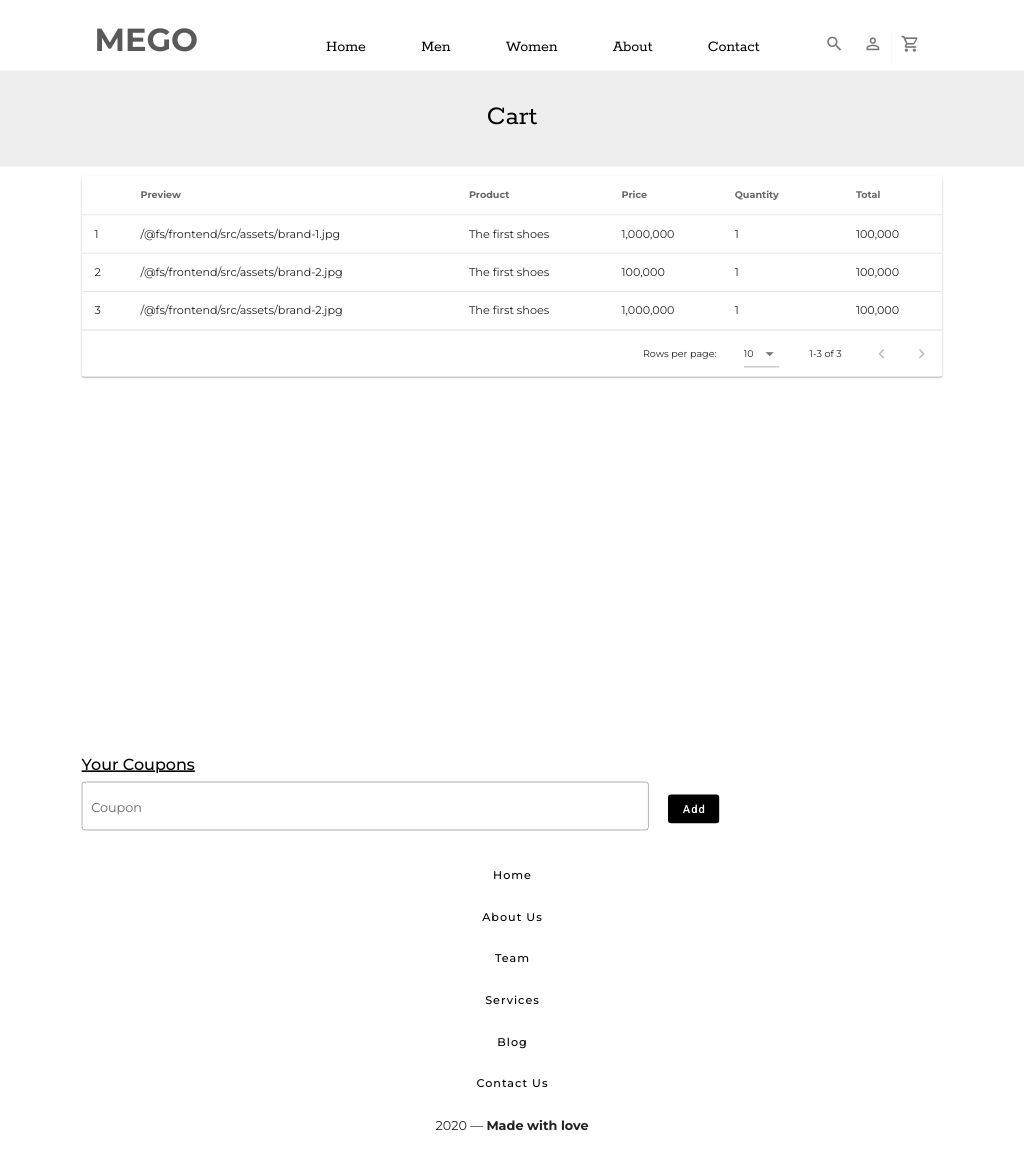
Repository: nguyenphuong152/shoesstore
Page: /cart (app in frontend/)
These files come from the project's save history. The page is drawn as it stood at one moment and after the next save; the edit follows.
The browser window is 1280 px wide. The pictures show the whole page, at 80% of full size.
The project was rebuilt for these pictures with package versions that can differ from the ones it lists, and the page was loaded fresh each time. Also part of the build but not shown: frontend/vue.config.js, frontend/src/components/Customer/Collection.vue, frontend/src/components/Customer/Banner.vue, frontend/src/components/Customer/BestSeller.vue, frontend/src/components/Customer/Partner.vue, frontend/src/views/Customer/Home.vue, frontend/src/components/Customer/ProductCategory.vue, frontend/src/components/Customer/ProductView.vue and 10 more. Imported but missing from the stored project, and not drawn on this page: frontend/src/views/Admin/Category.vue, frontend/src/views/Admin/ManageProduct.vue, frontend/src/views/Admin/ManageUser.vue, frontend/src/views/Admin/OrderList.vue.

Above is the page before, as saved 2020-11-28 10:17:24.

### frontend/public/index.html
<!DOCTYPE html>
<html lang="en">
  <head>
    <meta charset="utf-8">
    <head>
      <title>MEGO</title>
    </head>
    <meta http-equiv="X-UA-Compatible" content="IE=edge">
    <meta name="viewport" content="width=device-width,initial-scale=1.0">
    <link rel="icon" href="<%= BASE_URL %>favicon.ico">
    <title><%= htmlWebpackPlugin.options.title %></title>
    <link href="https://fonts.googleapis.com/css?family=Montserrat:300,400,500,600,700" rel="stylesheet">
    <link href="https://fonts.googleapis.com/css?family=Rokkitt:100,300,400,700" rel="stylesheet">
    <link rel="stylesheet" href="https://fonts.googleapis.com/css?family=Roboto:100,300,400,500,700,900">
    <link rel="stylesheet" href="https://cdn.jsdelivr.net/npm/@mdi/font@latest/css/materialdesignicons.min.css">
  </head>
  <body>
    <noscript>
      <strong>We're sorry but <%= htmlWebpackPlugin.options.title %> doesn't work properly without JavaScript enabled. Please enable it to continue.</strong>
    </noscript>
    <div id="app"></div>
    <!-- built files will be auto injected -->
  </body>
</html>

### frontend/src/main.js
import Vue from 'vue'
import App from './App.vue'
import vuetify from './plugins/vuetify';
import router from './router'
import '../sass/style.scss'
import 'bootstrap/dist/css/bootstrap.css'
import 'bootstrap-vue/dist/bootstrap-vue.css'
import { BootstrapVue, IconsPlugin } from 'bootstrap-vue'

Vue.use(BootstrapVue)
// Optionally install the BootstrapVue icon components plugin
Vue.use(IconsPlugin)
Vue.config.productionTip = false

new Vue({
  vuetify,
  router,
  render: h => h(App)
}).$mount('#app')

### frontend/src/App.vue
<template>
  <v-app app>
    <v-container v-if="!['Admin', 'Banner', 'Category','Product','ManageUser','OrderList','Dashboard'].includes($route.name)">
      <Toolbar />
    </v-container>
    <v-main>
      <router-view></router-view>
    </v-main>
      <Footer v-if="!['Admin', 'Banner', 'Category','Product','ManageUser','OrderList','Dashboard'].includes($route.name)"/>
  </v-app>

</template>

<script>

import Footer from "./components/Customer/Footer";
import Toolbar from "./components/Customer/Toolbar";

export default {
  name: "App",

  components: {
    Toolbar,
    Footer
  },

  data: () => ({
    //
  }),
};
</script>

### frontend/src/plugins/vuetify.js
import Vue from 'vue';
import Vuetify from 'vuetify/lib';


Vue.use(Vuetify);

const vuetify = new Vuetify({
    theme: {
      themes: {
        light: {
          primary: '#000',
          secondary: '#b0bec5',
          accent: '#8c9eff',
          error: '#b71c1c',
        },
      },
    },
  })

export default new Vuetify({
    vuetify,
});

### frontend/src/router/index.js
import Vue from "vue";
import VueRouter from "vue-router";
import Home from "../views/Customer/Home.vue";
import Men from "../views/Customer/Men.vue";
import Women from "../views/Customer/Women.vue";
import Admin from "../views/Admin/Admin.vue";
import Product from "../views/Admin/ManageProduct.vue";
import Banner from "../views/Admin/Banner.vue";
import Category from "../views/Admin/Category.vue";
import ManageUser from "../views/Admin/ManageUser.vue";
import OrderList from "../views/Admin/OrderList.vue";
import Dashboard from "../views/Admin/Dashboard.vue"
//import ProductDetail from "../views/ProductDetail.vue"

Vue.use(VueRouter);

const routes = [
  {
    path: "/",
    name: "Home",
    component: Home,
  },
  {
    path: "/men",
    name: "Men",
    component: Men,
  },
  {
    path: "/women",
    name: "Women",
    component: Women,
  },
  {
    path: "/about",
    name: "About",
    // route level code-splitting
    // this generates a separate chunk (about.[hash].js) for this route
    // which is lazy-loaded when the route is visited.
    component: () =>
      import(/* webpackChunkName: "about" */ "../views/Customer/About.vue"),
  },
  {
    path: "/contact",
    name: "Contact",
    component: () =>
      import(/* webpackChunkName: "about" */ "../views/Customer/Contact.vue"),
  },
  {
    path: "/cart",
    name: "Cart",
    component: () =>
      import(/* webpackChunkName: "about" */ "../views/Customer/Cart.vue"),
  },
  {
    path: "/account",
    name: "Account",
    component: () =>
      import(/* webpackChunkName: "about" */ "../views/Customer/Account.vue"),
  },
  {
    path: "/userlogin",
    name: "UserLogin",
    component: () =>
      import(/* webpackChunkName: "about" */ "../views/Customer/UserLogin.vue"),
  },
  {
    path: "/checkout",
    name: "Checkout",
    component: () =>
      import(/* webpackChunkName: "about" */ "../views/Customer/Checkout.vue"),
  },
  {
    path: "/product/:id",
    name: "ProductDetail",
    component: () =>
      import(/* webpackChunkName: "about" */ "../views/Customer/ProductDetail.vue"),
  },
  {
    path: "/admin",
    name: "Admin",
    component: Admin,
    children: [
      {
        path: "/banner",
        name: "Banner",
        component: Banner,
      },
      {
        path: "/category",
        name: "Category",
        component: Category,
      },
      {
        path: "/product",
        name: "Product",
        component: Product,
      },
      {
        path: "/manageuser",
        name: "ManageUser",
        component: ManageUser,
      },
      {
        path: "/orderlist",
        name: "OrderList",
        component: OrderList,
      },
      {
        path: "/dashboard",
        name: "Dashboard",
        component: Dashboard,
      },
    ],
  },
];

const router = new VueRouter({
  mode: "history",
  base: process.env.BASE_URL,
  routes,
});

export default router;

### frontend/sass/style.scss

$font-primary: 'Montserrat',
Arial,
sans-serif;
$font-secondary: 'Rokkitt',
Georgia,
serif;


@import '~vuetify/src/styles/styles.sass';

// Overrides
$grid-gutter-width: 20px !default;
$border-radius-base: 4px !default;
$padding-base-vertical: 14px !default;

$brand-primary: #616161 !default;
$brand-secondary: #88c8bc !default;
$brand-yellow: #FFDD00 !default;
$brand-footer-color: #2C2E3E;

$brand-white: #fff;
$brand-black: #000;
$brand-darker: #444;
$brand-gray: #ccc;
$brand-lighter: #e9e9e9;
$brand-body-color: #e8e8e8;
$brand-selection-color: #f9f6f0;
$brand-overlay-color: #4c4a8a;
$brand-bg-color: $brand-white;

.v-btn {
  text-transform:none !important;
}
// .v-text-field{
//   width: 50px;
//   height: 10px;
// }

#app {
  -webkit-font-smoothing: antialiased;
  -moz-osx-font-smoothing: grayscale;

  text-align: center;
  .container {
    max-width: 1100px;
  }
  font: 300
}

.nav {
  padding-left: 0px;
  a {
    font-size: 20px;
    color: lighten($brand-black,35%);
    font-family: $font-secondary;
    text-decoration: none;
    font-weight: 500;
    &.router-link-exact-active {
      color: #42b983;
    }

  }
}

#logo {
  font-size: 40px;
  font-weight: 700;
  font-family: $font-primary;
  color: lighten($brand-black, 35%);
}


.slogan {
  font-size: 50px;
  color: #2c3e50;
  font-family: $font-secondary;
  text-decoration: none;
}

.title-collection{
  @extend .slogan;
  font-size: 25px;
}


.slogan-3 {
  @extend .slogan;
  font-size: 35px;
}

.title-shoes {
  @extend .slogan;
  font-size: 20px;
}


.footer-text {
  font-family:$font-primary;
  font-size: 16px;
}

.admin {
  font-family: $font-primary;
  font-size:16px;
}

.admin-nav {
  font-family: $font-primary !important;
  font-size: 20px !important;
  color: white !important;
}

### frontend/src/components/Customer/Footer.vue
<template>
  <v-footer class="white" padless>
    <v-row justify="center" no-gutters>
      <v-btn
        v-for="link in links"
        :key="link"
        color="black"
        text
        rounded
        class="my-2 footer-text"
      >
        {{ link }}
      </v-btn>
      <v-col class="white py-4 text-center fluid footer-text" cols="12">
        {{ new Date().getFullYear() }} — <strong>Made with love</strong>
      </v-col>
    </v-row>
  </v-footer>
</template>

<script>
export default {
  data: () => ({
    links: ["Home", "About Us", "Team", "Services", "Blog", "Contact Us"],
  }),
};
</script>

<style></style>

### frontend/src/components/Customer/Toolbar.vue
<template>
  <v-toolbar flat>
    <v-row class="d-flex align-baseline">
      <v-col cols="3" class="d-flex justify-lg-start">
        <v-toolbar-title id="logo">MEGO</v-toolbar-title>
      </v-col>
      <v-col class="d-flex justify-space-around text-start nav">
        <router-link to="/">Home</router-link>
        <router-link to="/men">Men</router-link>
        <router-link to="/women">Women</router-link>
        <router-link to="/about">About</router-link>
        <router-link to="/contact">Contact</router-link>
      </v-col>
      <v-col cols="2" class="d-flex justify-end">
        <v-btn icon>
          <v-icon>mdi-magnify</v-icon>
        </v-btn>
        <v-menu
          open-on-hover
          top
          offset-y
          :position-x="960"
          :position-y="230"
          absolute
        >
          <template v-slot:activator="{ on, attrs }">
            <v-btn icon v-bind="attrs" v-on="on">
              <v-icon>mdi-account-outline</v-icon>
            </v-btn>
          </template>

          <v-list class="text-start nav">
            <v-list-item v-for="(item, index) in routes" :key="index" :to="item.path">
              <v-list-item-title>{{ item.name }}</v-list-item-title>
            </v-list-item>
          </v-list>
        </v-menu>
        <v-divider vertical inset></v-divider>
        <v-btn icon @click="goToCart">
          <v-icon>mdi-cart-outline</v-icon>
        </v-btn>
      </v-col>
    </v-row>
  </v-toolbar>
</template>

<script>
export default {
  data: () => ({
    routes: [
      {
        path:"/checkout",
        name:"Check Out"
       },
       {
        path:"/account",
        name:"My Account"
       },
       {
        path:"/userlogin",
        name:"User Login"
       },

    ],
  }),
  methods: {
     goToCart: function() {
     this.$router.push({name: 'Cart'})
     }
  }
};
</script>

<style></style>

### frontend/src/views/Customer/Cart.vue
<template>
  <div class="cart app">
    <v-sheet color="grey lighten-3" height="120">
      <v-container py-8>
        <a class="slogan-3">Cart</a>
      </v-container>
    </v-sheet>
    <div>
      <v-container>
        <v-row>
          <totalProducts />

        </v-row>
        <v-row>
          <addCoupons />
        </v-row>
      </v-container>
    </div>
  </div>
</template>

<script>
import totalProducts from "../../components/Customer/TotalProducts";
import addCoupons from "../../components/Customer/AddCoupon";

export default {
  components: { totalProducts, addCoupons },
  data() {},
};
</script>

### frontend/src/components/Customer/TotalProducts.vue
<template>
    <v-app id="inspire">
      <v-data-table :headers="headers" :items="products" class="elevation-1 admin">
        <template v-slot:item.preview>
          <v-img
            lazy-src="item.path"
            max-height="100"
            max-width="100"
            src="'item.path'"
          ></v-img>
        </template>
      </v-data-table>
    </v-app>

</template>

<script>
export default {
  data() {
    return {
      headers: [
        {
          text: "",
          align: "start",
          sortable: false,
          value: "id",
        },
        { text: "Preview", value: "path" },
        { text: "Product", value: "name" },
        { text: "Price", value: "price" },
        { text: "Quantity", value: "quantity" },
        { text: "Total", value: "total" },
      ],
      products: [
        {
          id: 1,
          path: require('../../assets/brand-1.jpg'),
          name: "The first shoes",
          price: Intl.NumberFormat('en-EN', { maximumSignificantDigits: 3 }).format(1000000),
          quantity: 1,
          total: Intl.NumberFormat('en-EN', { maximumSignificantDigits: 3 }).format(100000),
        },
        {
          id: 2,
          path: require('../../assets/brand-2.jpg'),
          name: "The first shoes",
          price:Intl.NumberFormat('en-EN', { maximumSignificantDigits: 3 }).format(100000),
          quantity: 1,
          total: Intl.NumberFormat('en-EN', { maximumSignificantDigits: 3 }).format(100000)
        },
        {
         id: 3,
          path: require('../../assets/brand-2.jpg'),
          name: "The first shoes",
          price: Intl.NumberFormat('en-EN', { maximumSignificantDigits: 3 }).format(1000000),
          quantity: 1,
          total:Intl.NumberFormat('en-EN', { maximumSignificantDigits: 3 }).format(100000),
        },
      ],
    };
  },
};
</script>

<style></style>

### frontend/src/components/Customer/AddCoupon.vue
<template>
  <div class="app text-start">
      <a class="admin-nav font-weight-medium black--text">Your Coupons</a>
      <v-row class="d-flex align-baseline">
           <v-col
          cols="8"
        >
          <v-text-field
          class="admin"
            label="Coupon"
            outlined
          ></v-text-field>
        </v-col>
         <v-col
        >
           <v-btn
      depressed
      color="primary"
    >
      Add
    </v-btn>
        </v-col>
      </v-row>
  </div>
</template>

<script>
export default {

}
</script>

<style>

</style>

After the next save:
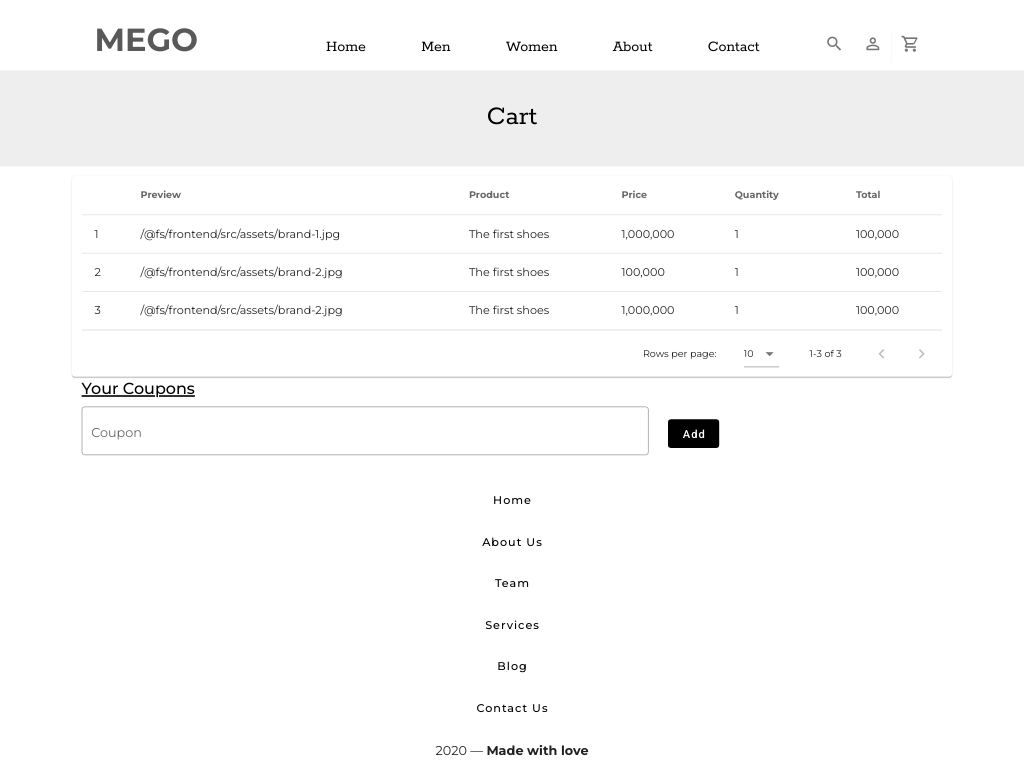
Saved 107 s later.
--- a/frontend/src/components/Customer/TotalProducts.vue
+++ b/frontend/src/components/Customer/TotalProducts.vue
@@ -1,5 +1,5 @@
 <template>
-    <v-app id="inspire">
+
       <v-data-table :headers="headers" :items="products" class="elevation-1 admin">
         <template v-slot:item.preview>
           <v-img
@@ -10,7 +10,7 @@
           ></v-img>
         </template>
       </v-data-table>
-    </v-app>
+
 
 </template>
 
